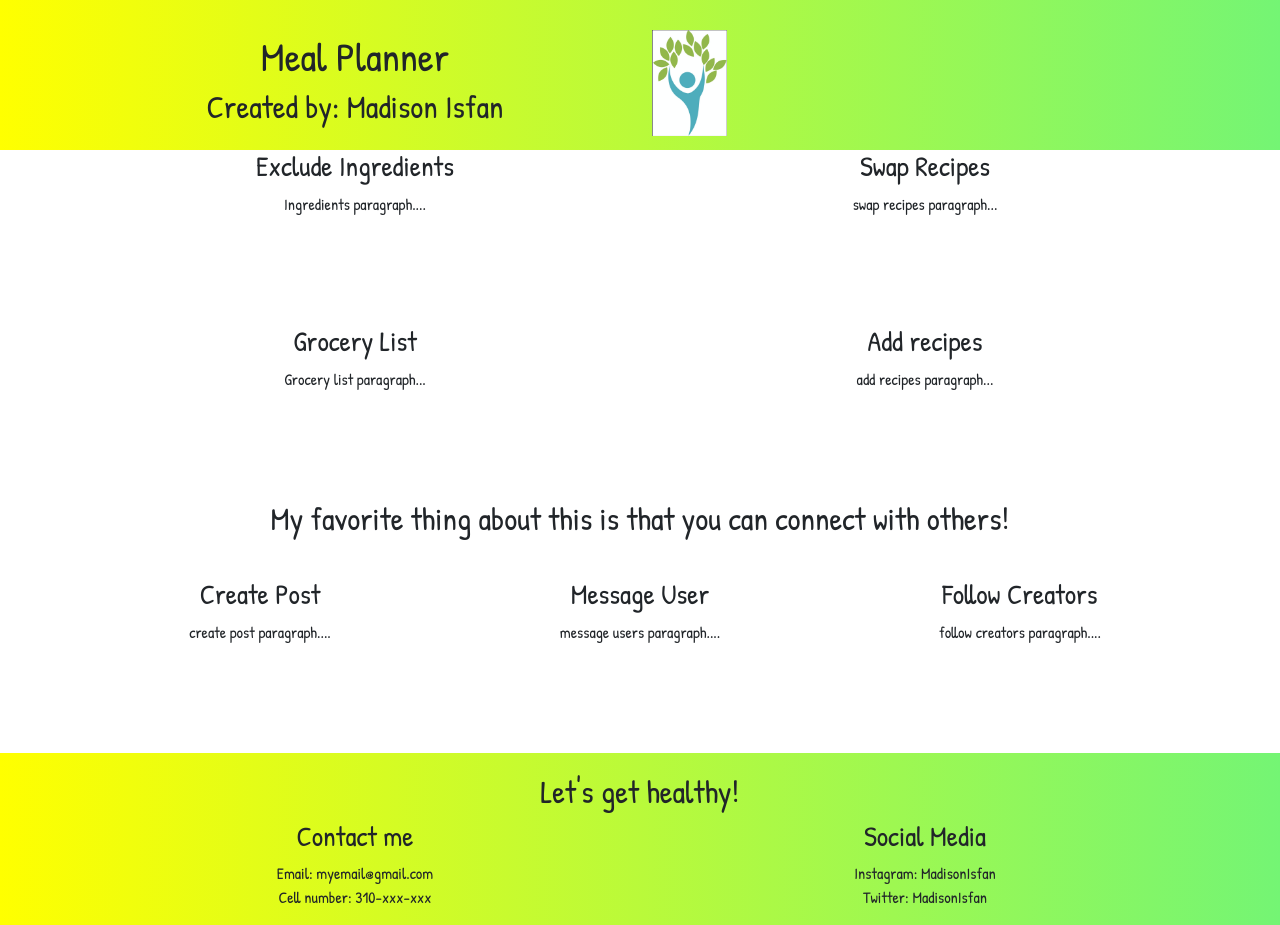
Repository: madisonisfan/Meal-Planner
Page: index.html
An editor plug-in stored every save of this project. The page is shown before and after the next save, followed by the edit.
The browser window is 1280 px wide. The pictures show the whole page.
Some web libraries are served in a nearby version.

Above is the page before, as saved 2021-02-17 17:45:28.

### index.html
<!DOCTYPE html>
<head>

    <meta charset="utf-8"/>
    <meta name="viewport" content="width=device-width, initial-scale=1"/>

    <link rel="stylesheet" href="node_modules/bootstrap/dist/css/bootstrap.min.css" />

    <link rel="stylesheet" href="https://fonts.googleapis.com/css?family=Indie+Flower|Patrick+Hand" />
    <link rel="stylesheet" href="css/styles.css"/>
    <title> Meal Planner </title>
</head>

<body>

    <header class="jumbotron">
        <div class="container">
            <div class="row  justify-content-center">
                <div class="col text-center align-self-center">
                    <h1>Meal Planner</h1>
                    <h2>Created by: Madison Isfan</h2>
                </div>
                <div class="col text-right align-items-end">
                    <img src="healthySymbolSc.jpg">
                </div>
            </div>
        </div>

    </header>

    <div class="container ">
        <div class="row row-content">
            <div class="col-12 text-center col-md">
                <h3>Exclude Ingredients</h3>
                <p>Ingredients paragraph....</p>
            </div>
            <div class="col-12 text-center col-md">
                <h3>Swap Recipes</h3>
                <p >swap recipes paragraph...</p>
            </div>
        </div>

        <div class="row row-content ">
            <div class="col-12 text-center col-md">
                <h3>Grocery List</h3>
                <p>Grocery list paragraph...</p>
            </div>
            <div class="col-12 text-center col-md">
                <h3>Add recipes</h3>
                <p>add recipes paragraph...</p>
            </div>
        </div>

    </div> <!--End of container-->

    <div class="container">
        <div class="row align-items-start">
            <div class="col ">
                <h2 class=" extra-header text-center">My favorite thing about this is that you can connect with others!</h2>
            </div>
        </div>
        <div class="row row-content align-items-start justify-content-center" >
            <div class="col-12 text-center col-md">
                <h3>Create Post</h3>
                <p>create post paragraph....</p>

            </div>
            <div class="col-12 text-center col-md">
                <h3>Message User</h3>
                <p>message users paragraph....</p>
            </div>
            <div class="col-12 text-center col-md">
                <h3>Follow Creators</h3>
                <p>follow creators paragraph....</p>
            </div>

        </div>

    </div>

    <footer>
        <div class="container">
            <div class="row">
                <div class ="col">
                    <h2 class="text-center"> Let's get healthy! </h2>
                </div>
            </div>

            <div class="row">
                <div class="col-12 text-center col-md">
                    <h3 >Contact me</h3>
                    <ul class="list-unstyled">
                        <li>Email: myemail@gmail.com</li>
                        <li>Cell number: 310-xxx-xxx</li>
                    </ul>

                </div>
                <div class="col-12 text-center col-md">
                    <h3 >Social Media</h3>
                    <ul class="list-unstyled">
                        <li>Instagram: MadisonIsfan</li>
                        <li>Twitter: MadisonIsfan</li>
                    </ul>

                </div>
            </div>
        </div>
    </footer>


    <script src="node_modules/jquery/dist/jquery.slim.min.js"></script>
    <script src="node_modules/popper.js/dist/umd/popper.min.js"></script>
    <script src="node_modules/bootstrap/dist/js/bootstrap.min.js"></script>
</body>


</html>

### css/styles.css
header {
  padding: 20px;
  height: 150px;
}
body {
  font-family: "Patrick Hand";
}

footer {
  background-image: linear-gradient(to right, yellow, rgb(116, 245, 116));
  padding-top: 20px;
}

img {
  width: 75px;
}

.row-content {
  min-height: 175px;
}

.jumbotron {
  padding: 30px;
  background-image: linear-gradient(to right, yellow, rgb(116, 245, 116));
}

.extra-header {
  margin-bottom: 40px;
}

After the next save:
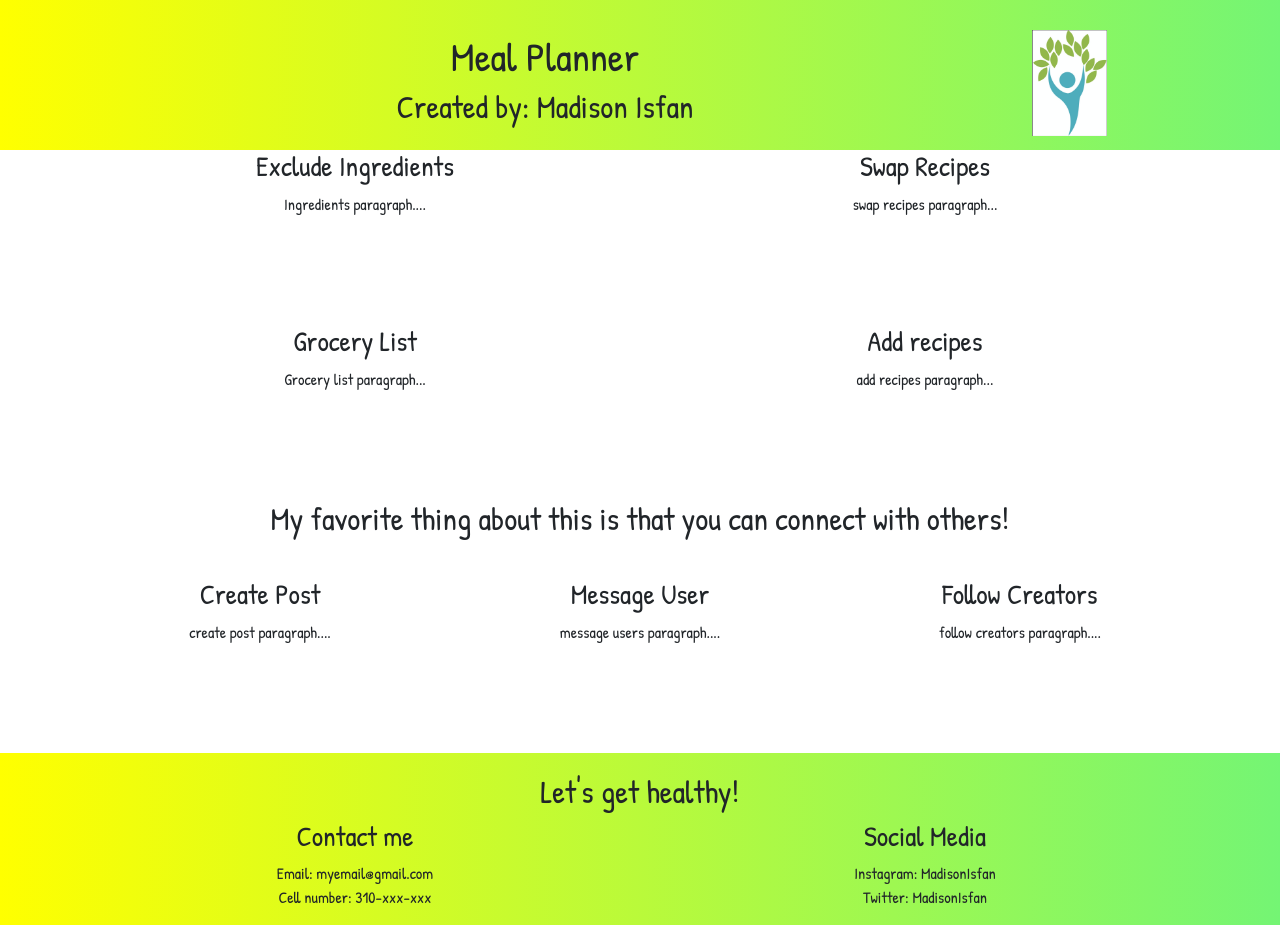
Saved 15 s later.
--- a/index.html
+++ b/index.html
@@ -16,7 +16,7 @@
     <header class="jumbotron">
         <div class="container">
             <div class="row  justify-content-center">
-                <div class="col text-center align-self-center">
+                <div class="col-10 text-center align-self-center">
                     <h1>Meal Planner</h1>
                     <h2>Created by: Madison Isfan</h2>
                 </div>
